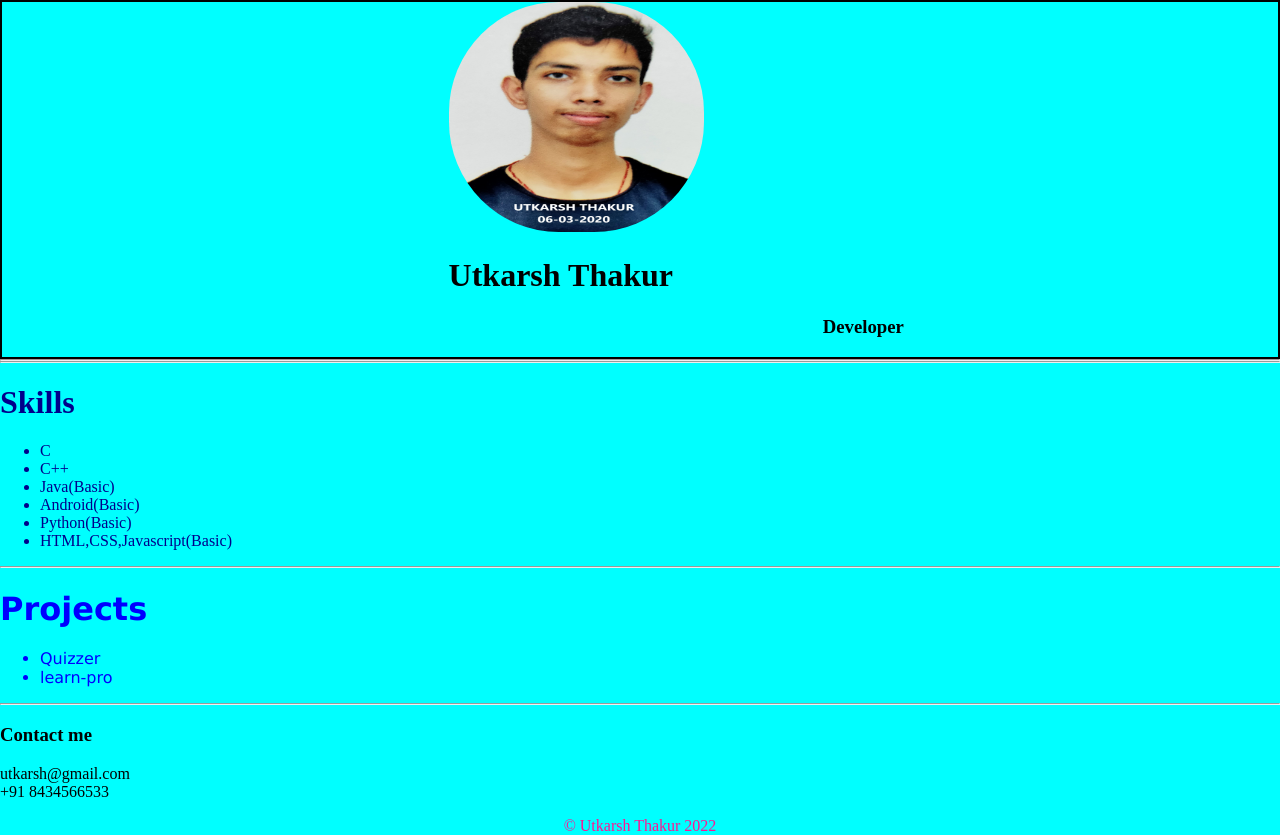
Repository: UtkarshThakur321/Utkarsh-Thakur-Profile
Page: index.html
The author's editor kept a copy of each file at every save. The page is drawn from the files as they stood at one save, then again after the next save.
The browser window is 1280 px wide. The pictures show the whole page.

Above is the page before, as saved 2022-01-18 22:18:32.
Not found: main.js

After the next save:
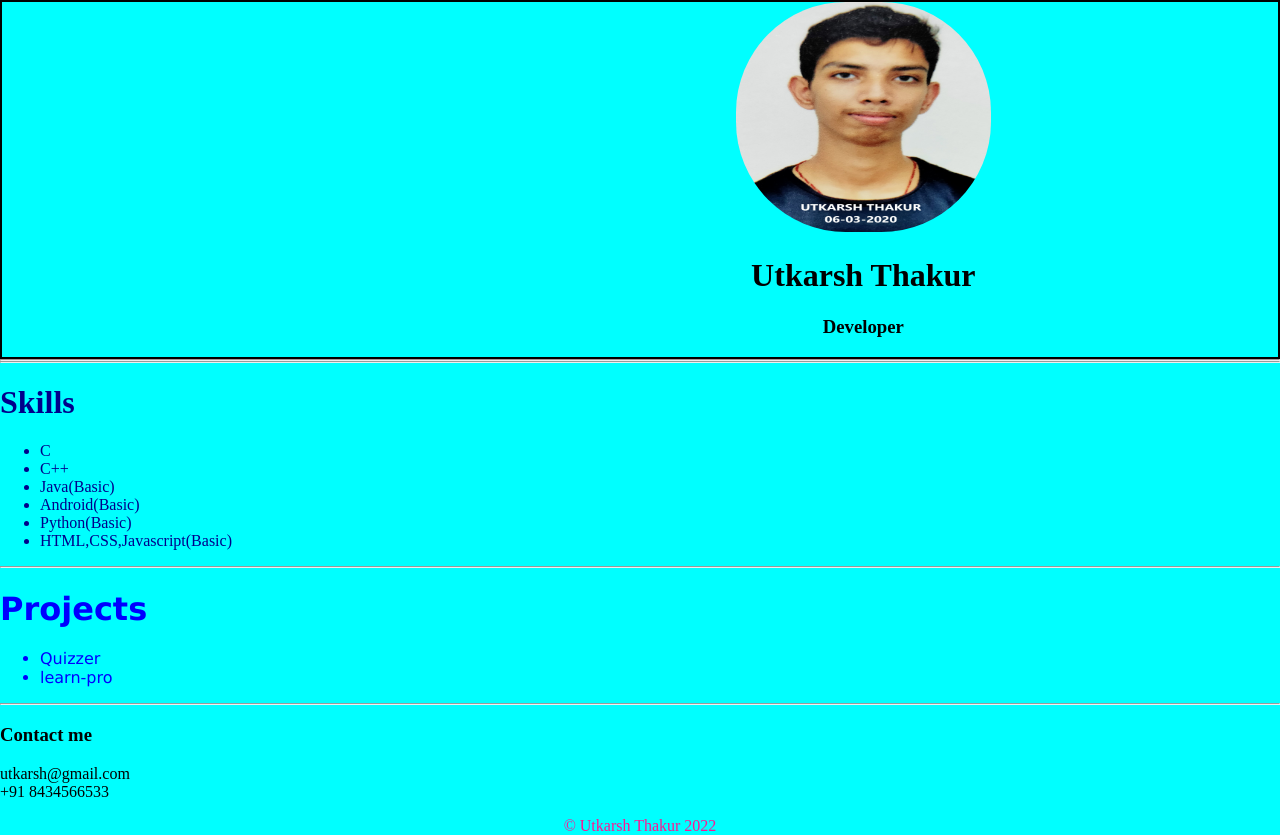
Saved 30 s later.
--- a/index.html
+++ b/index.html
@@ -13,21 +13,24 @@
     <!-- <div id="nav">
         <h1>My Resume</h1>
     </div> -->
-    <div id="intro">
-        <div id="profileImage">
-             <img src="main3.jpg" alt="DP_Utkarsh__Thakur"
-             width="180" height="170">
-        </div>
-        <div id="profileName">
-            <h1>Utkarsh Thakur</h1>
-            <center><h3>Developer</h3></center>
-        </div>
+    <center>
+        <div id="intro">
+            <div id="profileImage">
+                 <img src="main3.jpg" alt="DP_Utkarsh__Thakur"
+                 width="180" height="170">
+            </div>
+            <div id="profileName">
+                <h1>Utkarsh Thakur</h1>
+                <h3>Developer</h3>
+            </div>
 
-        <div>
+            <div>
 
 
-         </div>
-    </div>
+             </div>
+        </div>
+    </center>
+
     <hr>
 
 
